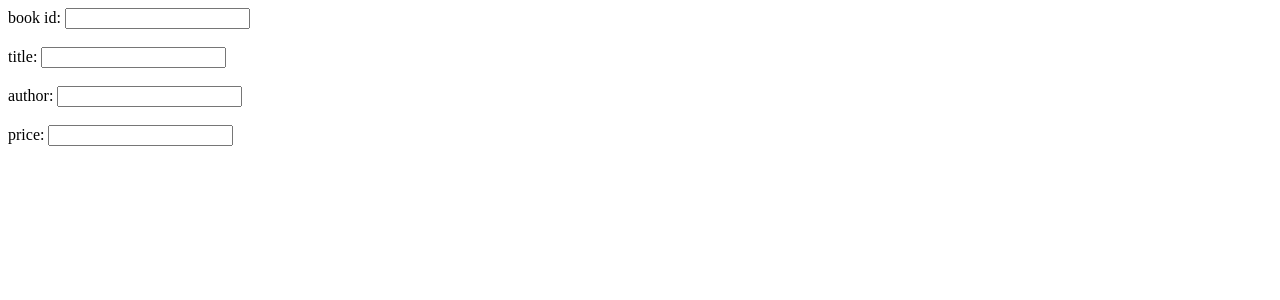
Repository: Saikumar6901/DBSTrainingModules
Page: http://localhost/Bookmanagement/updatefile.jsp
These files come from the project's save history. The page is drawn as it stood at one moment and after the next save; the edit follows.
The browser window is 1280 px wide. The pictures show the whole page.
The page is served by Tomcat 9. Other server files are loaded and not shown.

Above is the page before, as saved 2019-08-12 14:17:21.

### eclipse/Bookmanagement/WebContent/updatefile.jsp
<%@ page language="java" contentType="text/html; charset=ISO-8859-1"
    pageEncoding="ISO-8859-1"%>
<!DOCTYPE html>
<html>
<head>
<meta charset="ISO-8859-1">
<title>Insert title here</title>
</head>
<body>

book id: <input type="text" name="bookid"><br></br>
 title: <input type="text" name="title"><br></br>
 author: <input type="text" name="author"><br></br>
 price: <input type="text" name="price"><br></br>
</body>
</html>

After the next save:
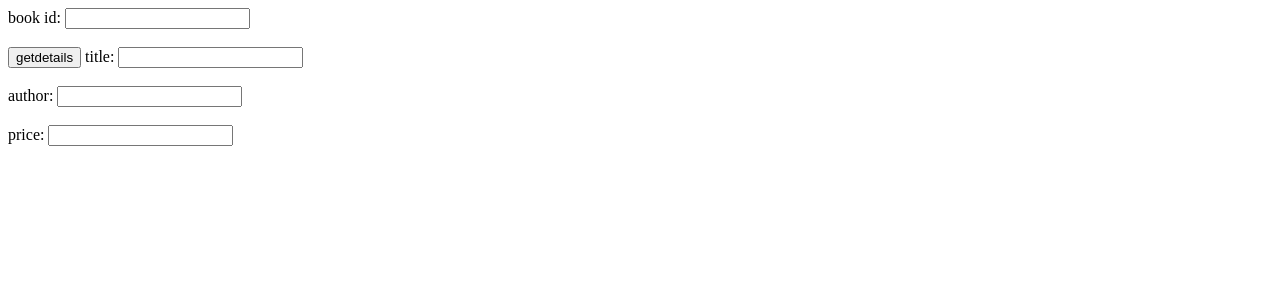
Saved 59 s later.
--- a/eclipse/Bookmanagement/WebContent/updatefile.jsp
+++ b/eclipse/Bookmanagement/WebContent/updatefile.jsp
@@ -9,6 +9,7 @@
 <body>
 
 book id: <input type="text" name="bookid"><br></br>
+<input type="submit" value="getdetails">
  title: <input type="text" name="title"><br></br>
  author: <input type="text" name="author"><br></br>
  price: <input type="text" name="price"><br></br>
